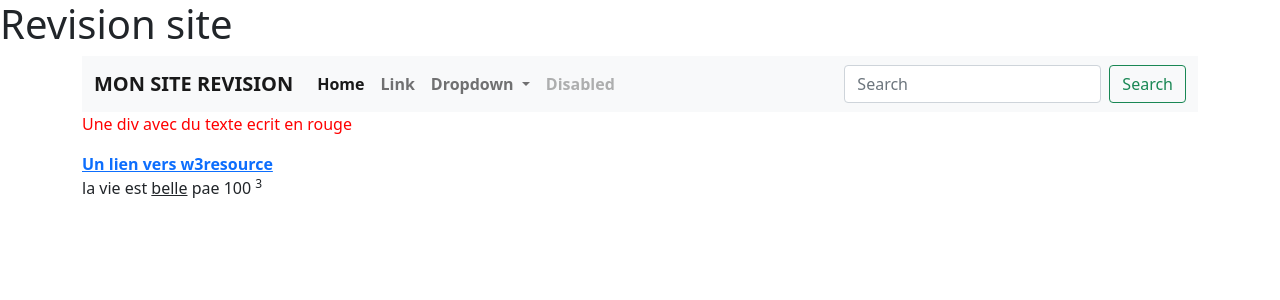
Repository: Elie-Dey/boot-start
Page: index.html
These files come from the project's save history. The page is drawn as it stood at one moment and after the next save; the edit follows.
The browser window is 1280 px wide. The pictures show the whole page.

Above is the page before, as saved 2021-08-18 23:30:56.

After the next save:
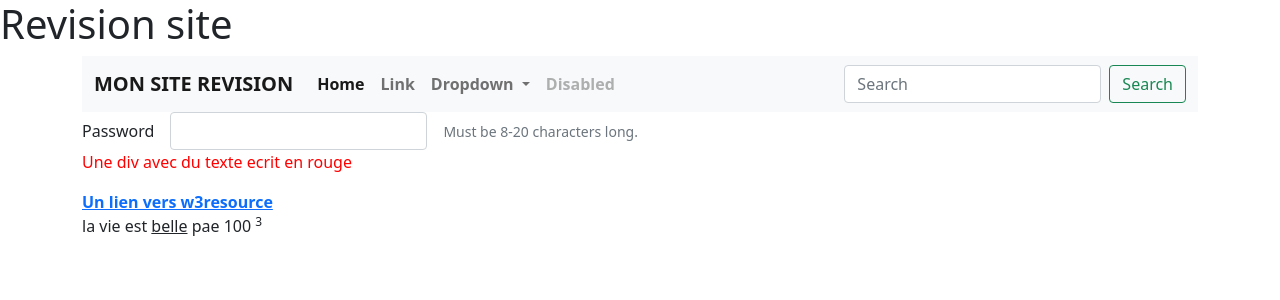
Saved 35 s later.
--- a/index.html
+++ b/index.html
@@ -82,6 +82,25 @@
           </div>
         </div>
       </nav>
+
+      <div class="row g-3 align-items-center">
+        <div class="col-auto">
+          <label for="inputPassword6" class="col-form-label">Password</label>
+        </div>
+        <div class="col-auto">
+          <input
+            type="password"
+            id="inputPassword6"
+            class="form-control"
+            aria-describedby="passwordHelpInline"
+          />
+        </div>
+        <div class="col-auto">
+          <span id="passwordHelpInline" class="form-text">
+            Must be 8-20 characters long.
+          </span>
+        </div>
+      </div>
       <div><p style="color: red">Une div avec du texte ecrit en rouge</p></div>
 
       <a href="https://www.w3resource.com/html5/article-tutorial.php">
